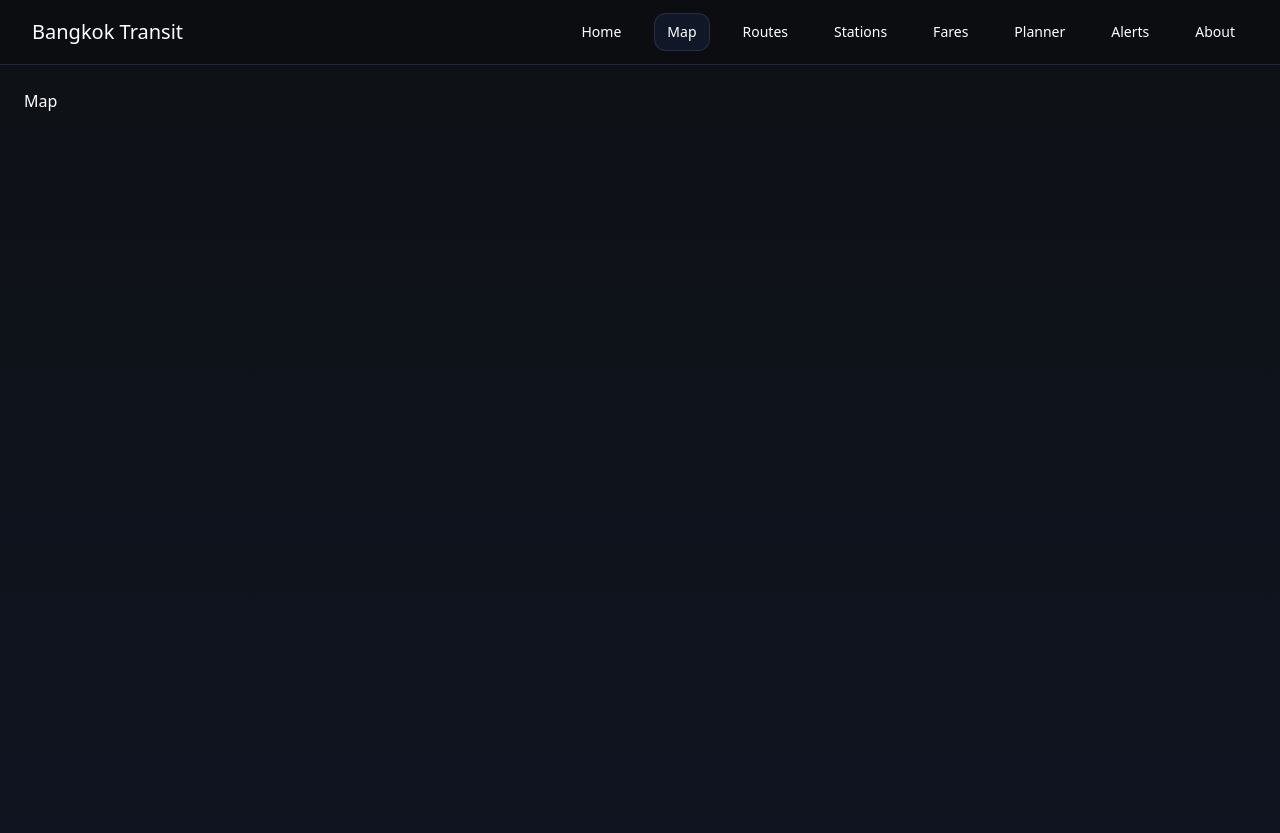
Repository: pyaestk/Bangkok-transit-map
Page: /map
An editor plug-in stored every save of this project. The page is shown before and after the next save, followed by the edit.
The browser window is 1280 px wide. The pictures show the whole page.
The project was rebuilt for these pictures with package versions that can differ from the ones it lists, and the page was loaded fresh each time. Also part of the build but not shown: vite.config.ts, src/pages/Home.tsx, src/pages/Planner.tsx, src/pages/Stations.tsx, src/pages/TrainRoutes.tsx, src/pages/Fares.tsx, src/pages/Alerts.tsx, src/pages/About.tsx.

Above is the page before, as saved 2025-10-04 09:42:56.

After the next save:
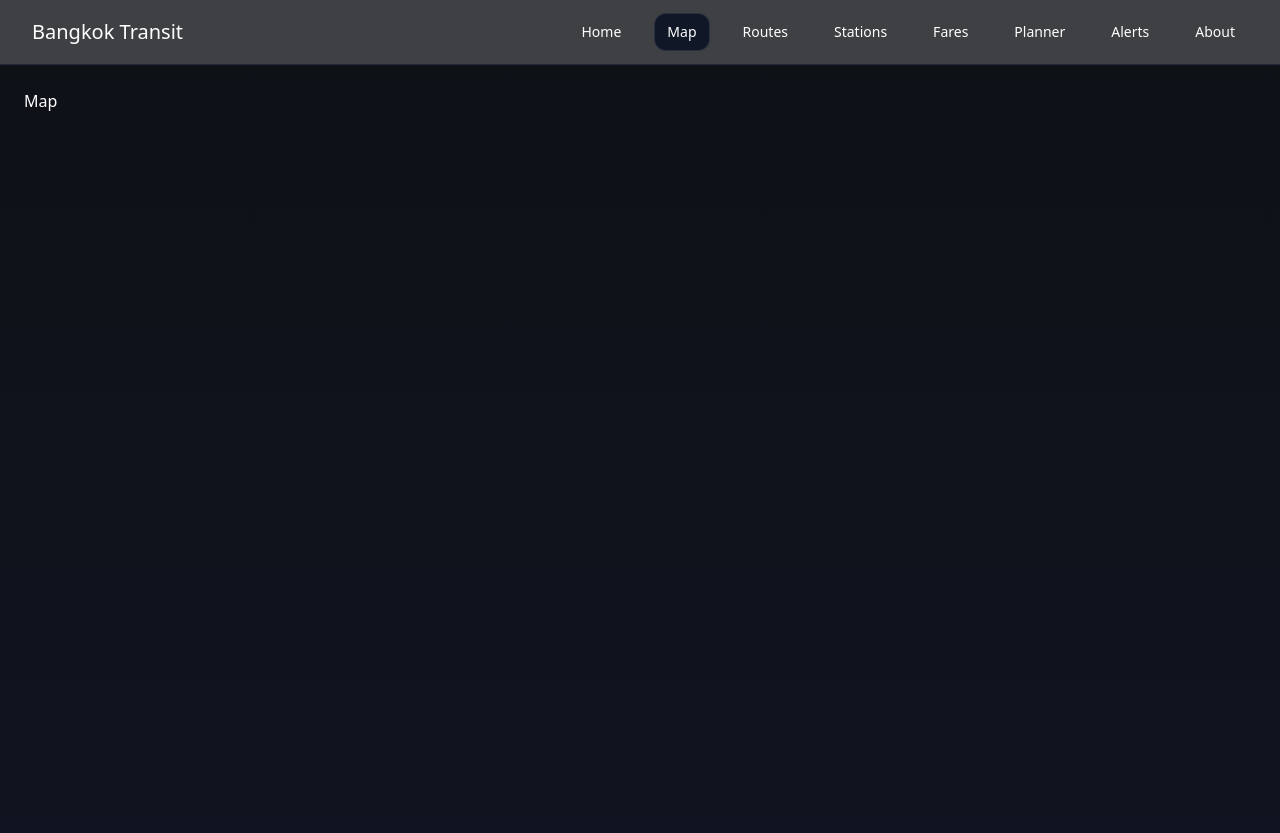
Saved 32 s later.
--- a/src/App.css
+++ b/src/App.css
@@ -1,5 +1,5 @@
 @import "tailwindcss";
 
-:root{
+/* :root{
     background-color: black;
-}
+} */

After the save that followed:
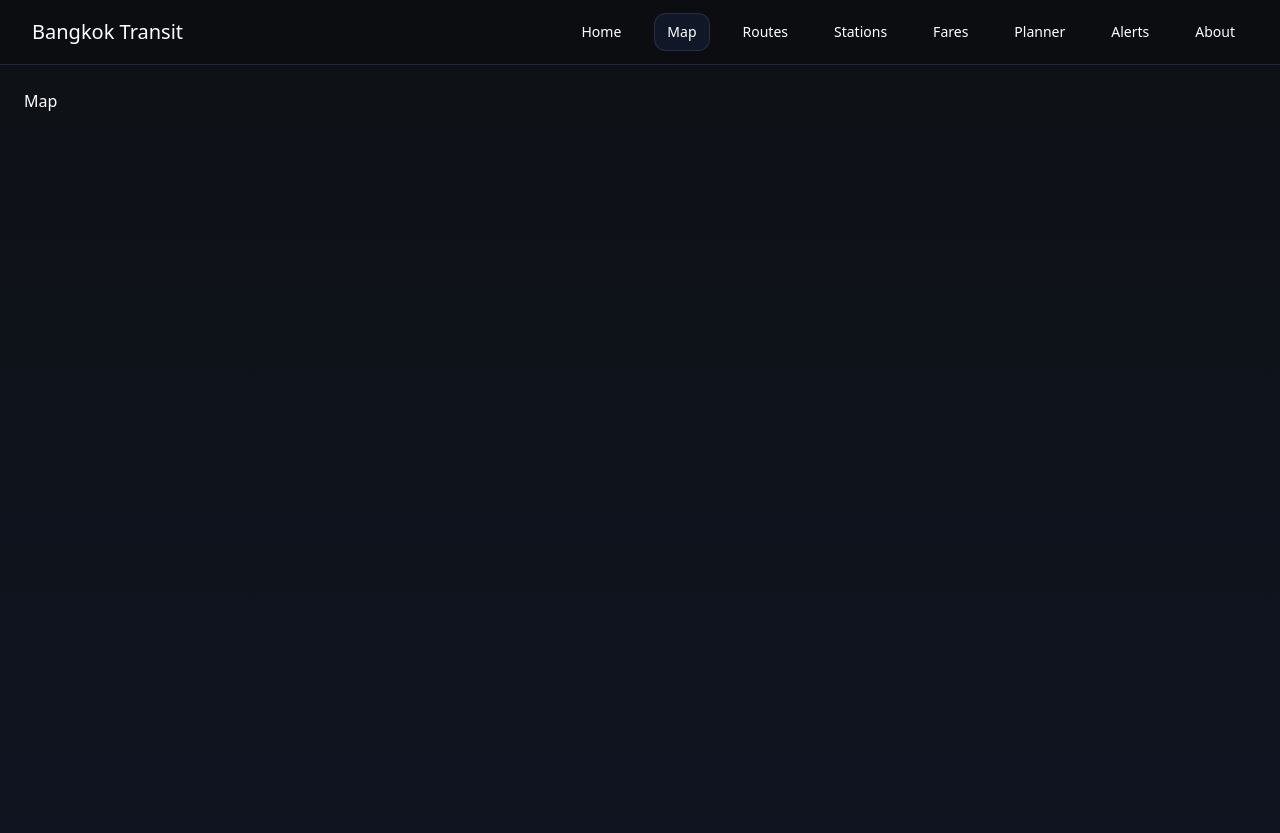
Saved 21 s later.
--- a/src/App.css
+++ b/src/App.css
@@ -1,5 +1,5 @@
 @import "tailwindcss";
 
-/* :root{
+:root{
     background-color: black;
-} */
+}
